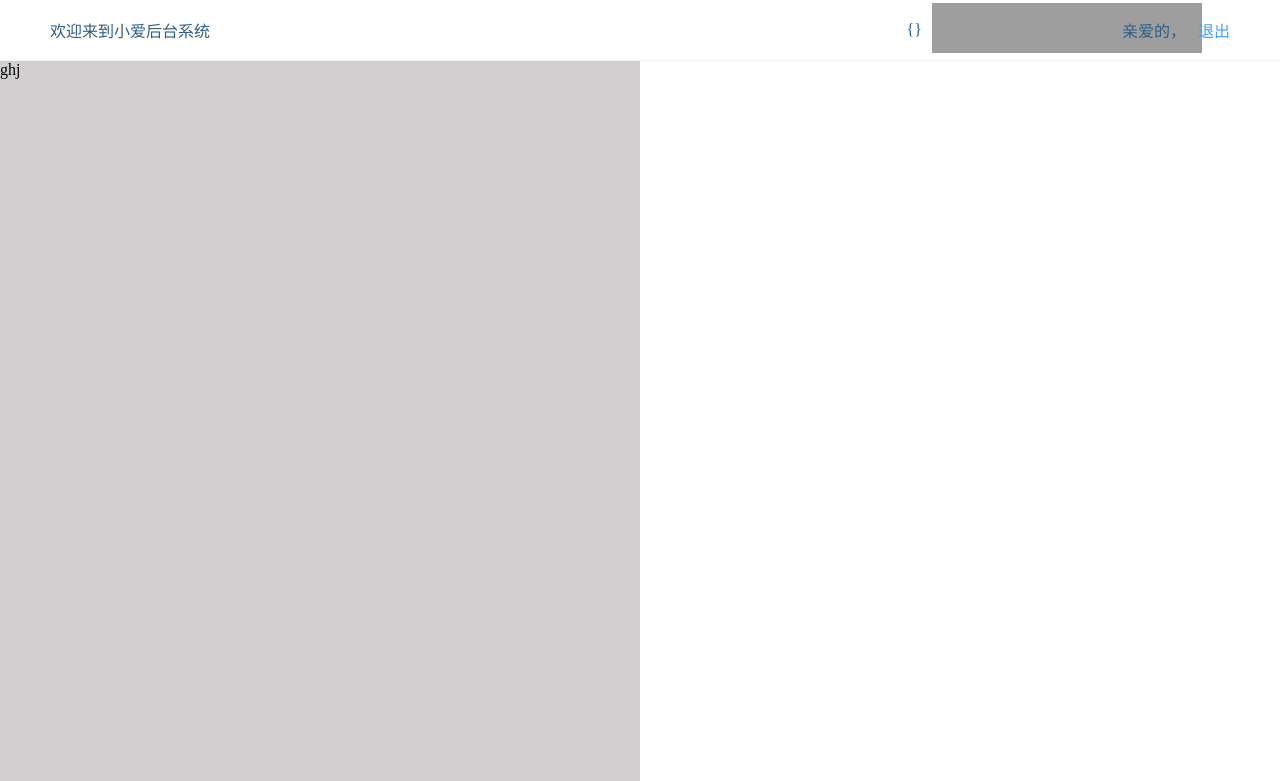
Repository: ZHANG-0714/backstage
Page: /home
The author's editor kept a copy of each file at every save. The page is drawn from the files as they stood at one save, then again after the next save.
The browser window is 1280 px wide. The pictures show the whole page.
Pictures or frames that could not be fetched are drawn as grey boxes. The project was rebuilt for these pictures with package versions that can differ from the ones it lists, and the page was loaded fresh each time. Also part of the build but not shown: vue.config.js, src/views/Home.vue.

Above is the page before, as saved 2020-08-31 18:06:27.

After the next save:
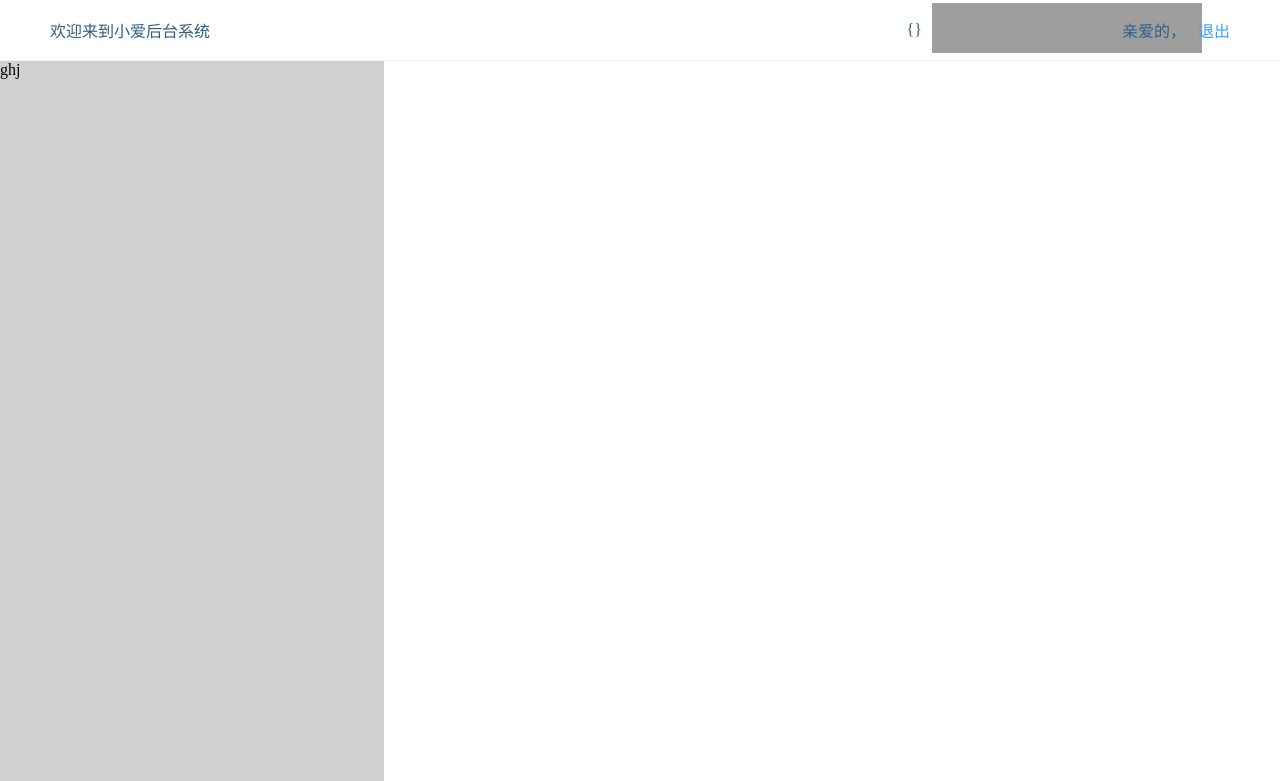
Saved 6 s later.
--- a/src/components/public/Sidebar.vue
+++ b/src/components/public/Sidebar.vue
@@ -20,7 +20,7 @@ export default {
 
 <style scoped lang='scss'>
 .side {
-  width: 50vw;
+  width: 30vw;
   height: 100vh;
   background: rgb(209, 207, 207);
 }
